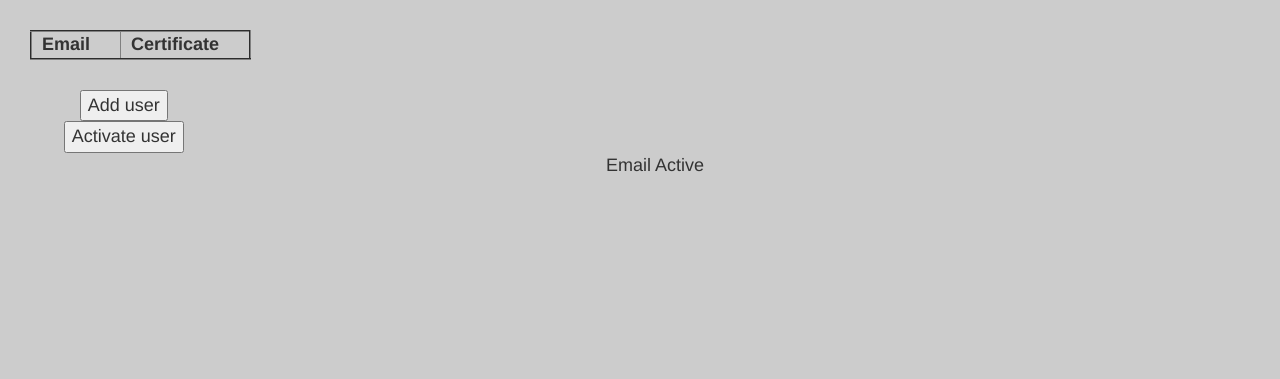
Repository: marijabroceta/ProjekatIB
Page: IB_Project_Shell/src/main/resources/static/main_page.html
The author's editor kept a copy of each file at every save. The page is drawn from the files as they stood at one save, then again after the next save.
The browser window is 1280 px wide. The pictures show the whole page.
The page's requests for data from a server got no answer.

Above is the page before, as saved 2018-06-30 18:51:42.

### IB_Project_Shell/src/main/resources/static/main_page.html
<!DOCTYPE html>
<html>
<head>
	<title>Main</title>
	<script src="js/jquery-2.1.4.min.js"></script>
	<link rel="stylesheet" type="text/css" href="bootstrap/css/bootstrap.min.css"/>
    <script src="bootstrap/js/bootstrap.min.js"></script>
    <link rel="stylesheet" type="text/css" href="css/main_page.css">
    <script src="js/main_page.js" type="text/javascript"></script>
</head>
<body>
	<div id="table">
		<table id="users_table" border="2">
			<tr>
				<th>Email</th>
				<th>Certificate</th>
			</tr>
		</table>
		<div id="buttons">
			<button id="add_user">Add user</button>
			<button id="activate_user">Activate user</button>
		</div>

		<div id="add_form">
			<form name="add_user_form" method="post" id="add_user_form">
		       	<label for="email">Email</label>
		 		<input type="text" id="email" name="email"><br>
		 		<label for="password">Password</label>
		 		<input type="password" id="password" name="password"><br>
		 		<input type="submit" name="submit" id="submit" value="submit" class="button" /><br>
		 		<input type="button" name="cancel" id="cancel" value="cancel" class="button" />
	    	</form>
		</div>
		<div>
			<tr>
				<th>Email</th>
				<th>Active</th>
			</tr>
		</div>
	</div>

</body>
</html>

### IB_Project_Shell/src/main/resources/static/css/main_page.css
#table{
	/*position: absolute;
    top: 20%;
    left: 30%;
    right: 30%;
    bottom: 20%;*/
    margin-top: 30px;
    margin-left: 30px;
    font-size: 18px;
}

th{
	padding-right: 30px;
	padding-left: 10px;
}

body {
    text-align: center;
    background: #ccc;
}

#buttons{
	margin-top: 30px;
	margin-right: 85%;
}



#add_form{
	margin-top: 30px;
}

label,input {
 display: block;
width: 200px;
 float: left;
 margin-left: 20px;
 margin-bottom: 10px;

}

label {
 text-align: right;
 width: 75px;
 padding-right: 20px;

}

br {
 clear: left;
}

#submit,#cancel{
	margin-left:115px;
}

### IB_Project_Shell/src/main/resources/static/js/main_page.js
$(document).ready(function(){

	var token = localStorage.getItem("token");
	console.log(token);
	var logged = null;

	$.ajax({
		url: "https://localhost:8443/api/users/logged",
		type: 'GET',
		headers: { "Authorization": "Bearer " + token},
		contentType : "application/json",
		dataType:'json',
		crossDomain: true,
		success : function(response) {

			console.log("logged " + response.authorities[0].name);
			logged = response;
		},
		error: function (jqXHR, textStatus, errorThrown) {
			console.log(jqXHR.status);
			console.log(jqXHR);

		}
	});


	$.ajax({

		headers:{"Authorization" :"Bearer " + token,
			},
		contentType: 'application/json',
		type: 'GET',
		dataType:'json',
		crossDomain: true,
		url:'https://localhost:8443/api/users',
		success:function(response){
			table_header();
			var table = $('#users_table');
			for(var i=0; i<response.length; i++) {
				user = response[i];
				console.log(user);
				table.append('<tr class="data">'+
								'<td>'+user.email+'</td>'+
								'<td>'+user.authorities[0].name+'</td>'+
								'<td><button class="btn btn-default">Download</button></td>'+
							'</tr>');
			}
		},
		error: function (jqXHR, textStatus, errorThrown) {
			console.log(jqXHR);
			alert(textStatus);
		}
	});


	$('#add_form').hide();

	$('#add_user').on('click',function(e){
		$('#add_form').show();
		e.preventDefault();
		return false;
	});

	$('#cancel').on('click',function(e){
		$('#add_form').hide();
		e.preventDefault();
		return false;
	});

	$('input#submit').on('click',function(e){

		console.log("submit");
		var email = $('#email').val().trim();
		var password = $('#password').val().trim();

		var data = {
				'email':email,
				'password':password
			}
			console.log(data);
		$.ajax({
				type: 'POST',
		        contentType: 'application/json',
		        headers:{"Authorization" :"Bearer " + token,
		        	"Access-Control-Allow-Origin": "*"},
		        url: 'https://localhost:8443/api/users/save',
		        data: JSON.stringify(data),
		        dataType: 'json',
		        crossDomain: true,
				cache: false,
				processData: false,
				success:function(response){
					alert("Created");
				},
				error: function (jqXHR, textStatus, errorThrown) {
					console.log(jqXHR);
					alert(textStatus);
				}
		});
		e.preventDefault();
		return false;
	});
});

function table_header(){
	var table = $('#users_table');
	table.empty();
	table.append('<tr>'+
					'<th>Email</th>'+
					'<th>Role</th>'+
					'<th>Certificate</th>'+
				'</tr>');
}

function get_users(){

}

Loaded but not shown: IB_Project_Shell/src/main/resources/static/js/jquery-2.1.4.min.js (library); IB_Project_Shell/src/main/resources/static/bootstrap/css/bootstrap.min.css (library); IB_Project_Shell/src/main/resources/static/bootstrap/js/bootstrap.min.js (library)

After the next save:
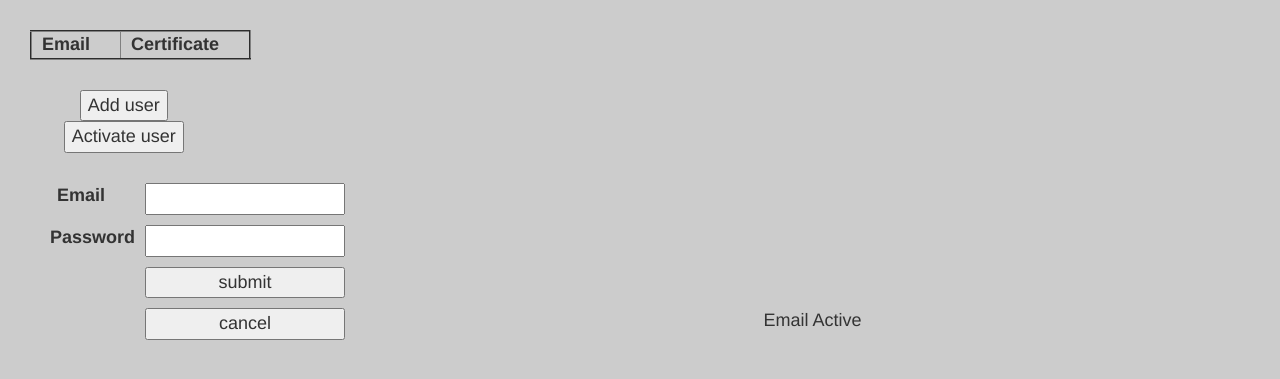
Console error: SyntaxError: Unexpected token '}'
Saved 3 min 11 s later.
--- a/IB_Project_Shell/src/main/resources/static/js/main_page.js
+++ b/IB_Project_Shell/src/main/resources/static/js/main_page.js
@@ -3,6 +3,9 @@
 	var token = localStorage.getItem("token");
 	console.log(token);
 	var logged = null;
+
+	$('#add_form').hide();
+	$('#activate_user').hide();
 
 	$.ajax({
 		url: "https://localhost:8443/api/users/logged",
@@ -15,6 +18,7 @@
 
 			console.log("logged " + response.authorities[0].name);
 			logged = response;
+			if(logged.authorities[0].name == "ADMIN")
 		},
 		error: function (jqXHR, textStatus, errorThrown) {
 			console.log(jqXHR.status);
@@ -53,7 +57,7 @@
 	});
 
 
-	$('#add_form').hide();
+
 
 	$('#add_user').on('click',function(e){
 		$('#add_form').show();

After the save that followed:
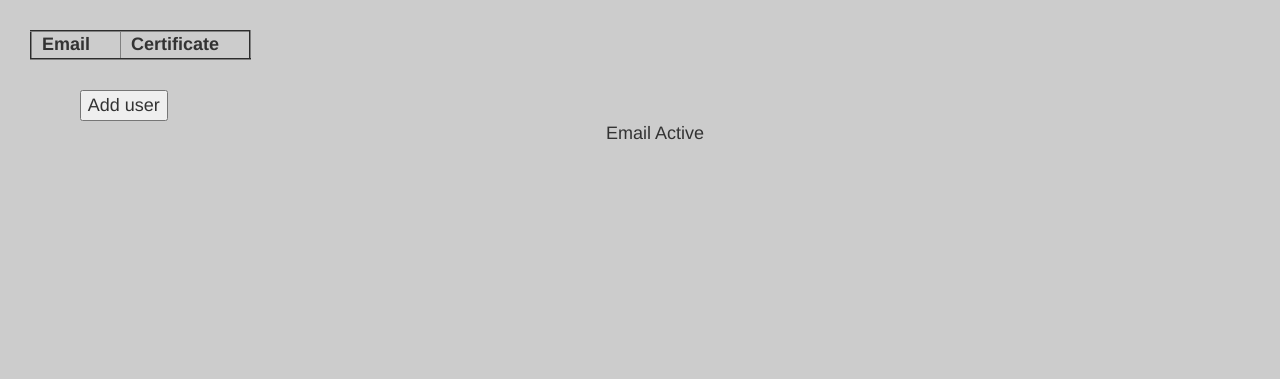
The error is gone.
Saved 35 s later.
--- a/IB_Project_Shell/src/main/resources/static/js/main_page.js
+++ b/IB_Project_Shell/src/main/resources/static/js/main_page.js
@@ -3,9 +3,9 @@
 	var token = localStorage.getItem("token");
 	console.log(token);
 	var logged = null;
-
+	var activate_user = $('#activate_user');
 	$('#add_form').hide();
-	$('#activate_user').hide();
+	activate_user.hide();
 
 	$.ajax({
 		url: "https://localhost:8443/api/users/logged",
@@ -18,7 +18,9 @@
 
 			console.log("logged " + response.authorities[0].name);
 			logged = response;
-			if(logged.authorities[0].name == "ADMIN")
+			if(logged.authorities[0].name == "ADMIN"){
+
+			}
 		},
 		error: function (jqXHR, textStatus, errorThrown) {
 			console.log(jqXHR.status);
